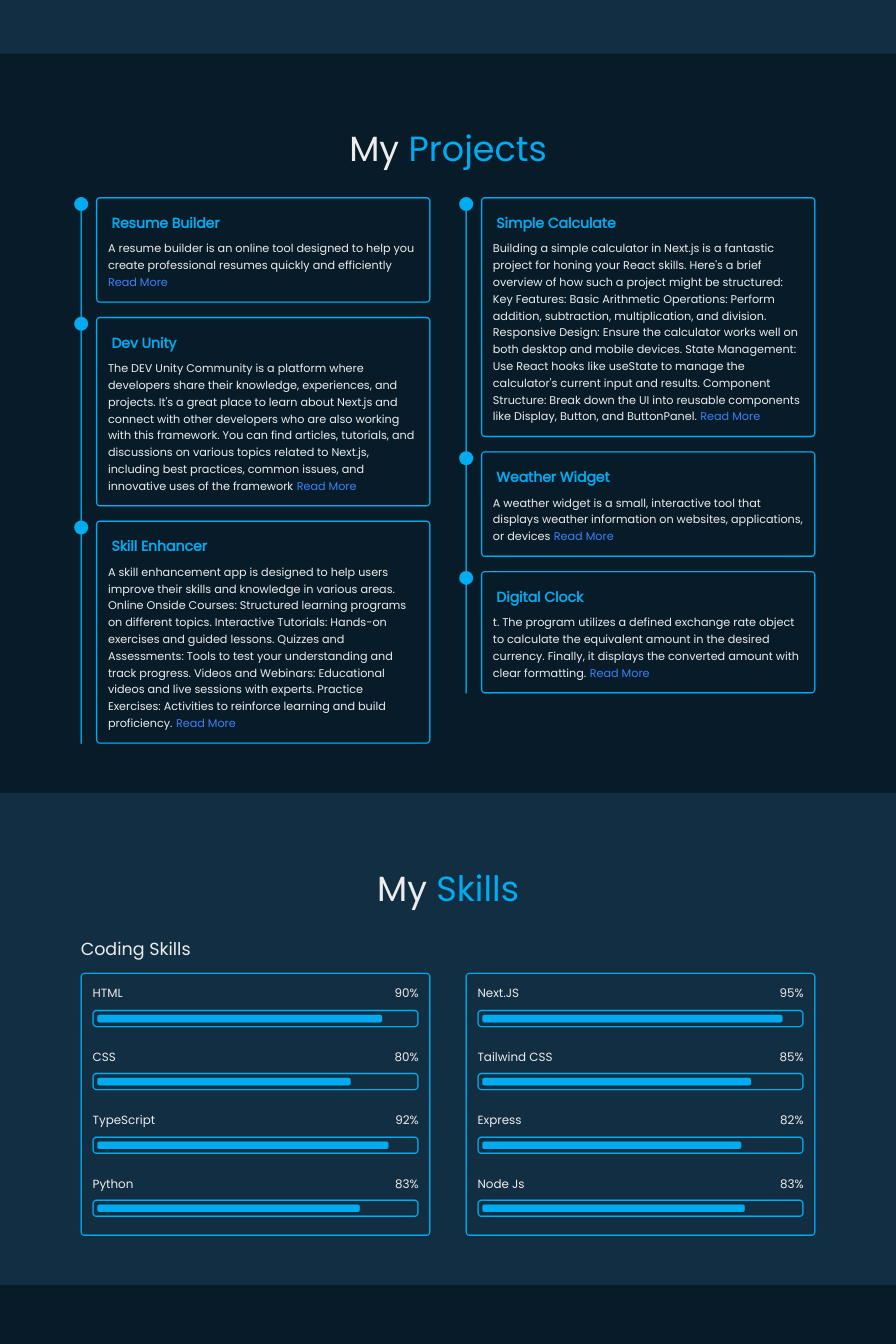
Repository: asadullah48/nextjs_projects_portfolio
Page: /
The author's editor kept a copy of each file at every save. The page is drawn from the files as they stood at one save, then again after a run of saves.
The browser window is 1280 px wide. The pictures show the part of the page from y = 1581 to 3501 px (the page is 4306 px tall), at 70% of full size.
The project was rebuilt for these pictures with package versions that can differ from the ones it lists, and the page was loaded fresh each time. The framework's server and built-in components were replaced by stand-ins that run in the browser. Also part of the build but not shown: next.config.ts.

Above is the page before, as saved 2024-11-13 15:03:42.

After the next 2 saves:
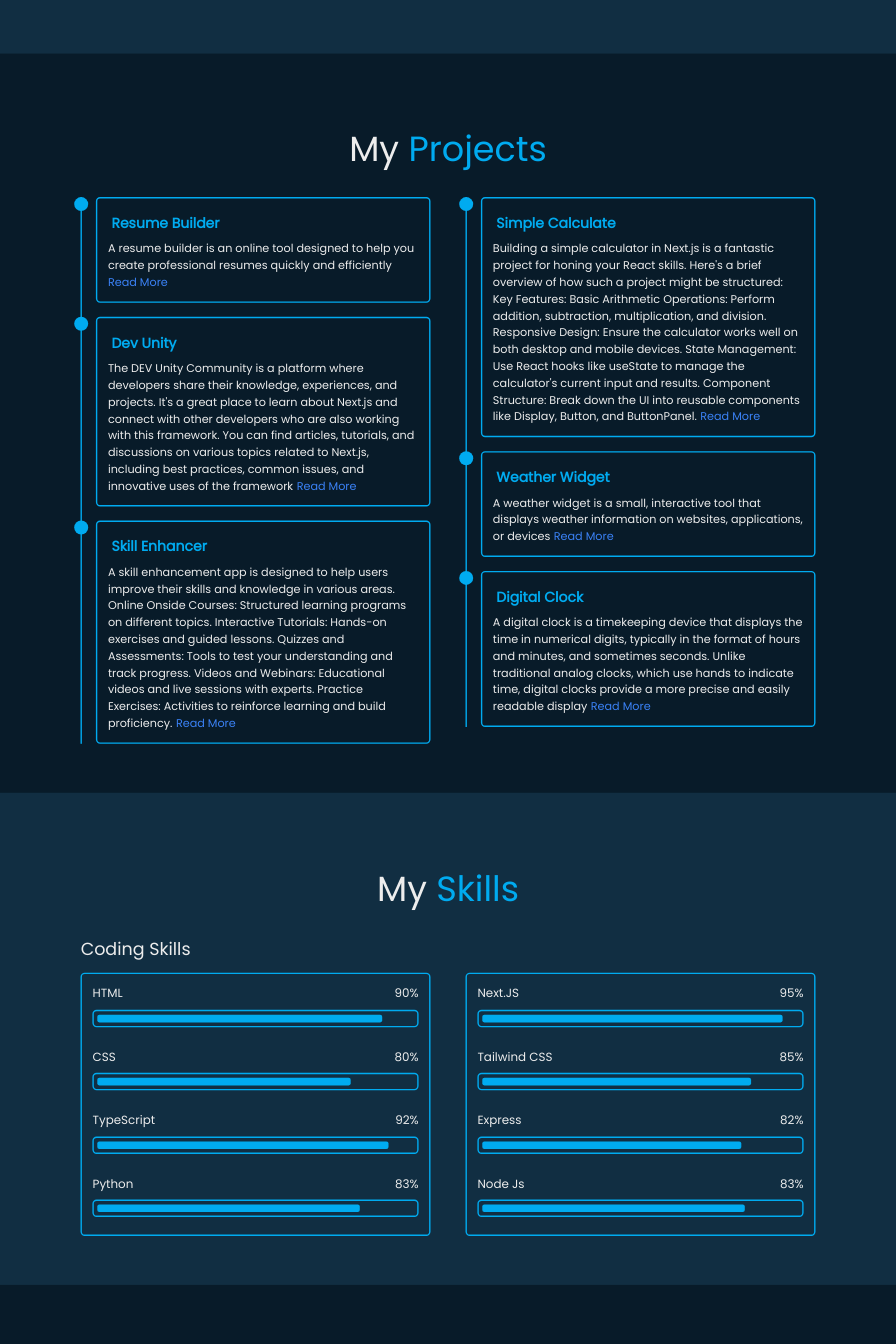
The 2 saves are shown as one change because they came seconds apart.
The last was saved 15 s later.
--- a/src/app/page.tsx
+++ b/src/app/page.tsx
@@ -354,7 +354,7 @@ Component Structure: Break down the UI into reusable components like Display, Bu
                     <h3>Digital Clock</h3>
                   </div>
                   <p>
-                  t. The program utilizes a defined exchange rate object to calculate the equivalent amount in the desired currency. Finally, it displays the converted amount with clear formatting.
+                  A digital clock is a timekeeping device that displays the time in numerical digits, typically in the format of hours and minutes, and sometimes seconds. Unlike traditional analog clocks, which use hands to indicate time, digital clocks provide a more precise and easily readable display
                     <Link
                       href="https://06-digital-clock-app.vercel.app/"
                       className="text-blue-500
